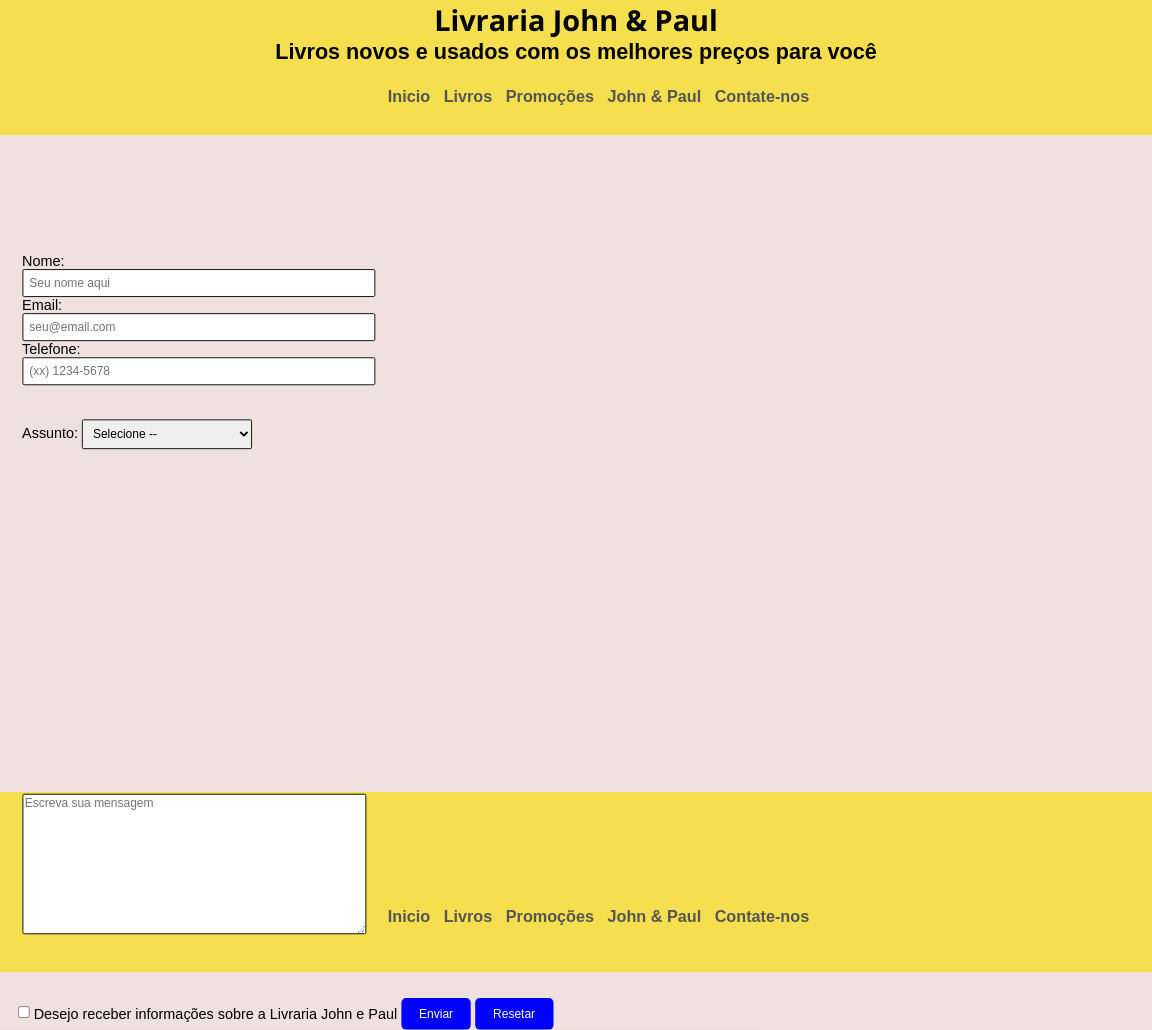
Repository: MarcoantonioCaldeira/Site-livraria-John-e-Paul
Page: contato.html
The author's editor kept a copy of each file at every save. The page is drawn from the files as they stood at one save, then again after the next save.
The browser window is 1280 px wide. The pictures show the whole page, at 90% of full size.

Above is the page before, as saved 2022-09-25 21:28:25.

### contato.html
<!doctype html>
<html dir="ltr" lang="pt-BR">
<head>
   <meta charset="utf-8">
   <meta name="viewport" content="width=device-width, initial-scale=1.0">

   <title>Meu Primeiro Projeto</title>
   <link rel="stylesheet" href="css/estilo.css">
</head>
<body>
<header id="topo">
   <h1 class="textoVermelho center"> Livraria John & Paul</h1>
   <h2 class="center">Livros novos e usados com os melhores preços para você</h2>

<nav id="menu">
   <ul>
      <li><a href="index.html">Inicio</a></li>
      <li><a href="produtos.html">Livros</a></li>
      <li><a href="#">Promoções</a></li>
      <li><a href="sobre.html">John & Paul</a></li>
      <li><a href="contato.html">Contate-nos</a></li>
   </ul>
</nav>
</header>
<section class="section-contato">
   <form class="formulario">
      <fieldset>

         <div style="margin-top:10%" class="formulario">
            <label for="nome">Nome:</label>
            <input type="text" name="nome" id="nome" placeholder="Seu nome aqui">
            <label for="email">Email:</label>
            <input type="email" name="email" id="email" placeholder="seu@email.com">
            <label for="tel">Telefone:</label>
            <input type="tel" name="tel" id="tel" placeholder="(xx) 1234-5678" >
            <label for="assunto">Assunto:</label>
            <select name="assunto" id="assunto">
               <option selected="selected">Selecione --</option>
               <option>Trocas</option>
               <option>Atendimento</option>
               <option>Comercial</option>
               <option>Outros</option>
            </select>
         </div>
         <div>
            <textarea name="msg" id="msg" cols="20" rows="10" placeholder="Escreva sua mensagem"></textarea>
         </div>
      </fieldset>
      <input type="checkbox" name="news" id="news">
      <label for="news" >Desejo receber informações sobre a Livraria John e Paul</label>

      <button type="submit">Enviar</button>
      <button type="reset">Resetar</button>
   </form>
</section>
<footer id="rodape">
   <ul class="ul_rodape">
      <li><a href="index.html">Inicio</a></li>
      <li><a href="produtos.html">Livros</a></li>
      <li><a href="#">Promoções</a></li>
      <li><a href="sobre.html">John & Paul</a></li>
      <li><a href="contato.html">Contate-nos</a></li>
   </ul>
</footer>
</body>
</html>

### css/estilo.css
/* Import font from google */
@import url(http://fonts.googleapis.com/css?family=Open+Sans:400,300,700);

*{
   margin: 0;
}


body{
   background-color:  rgb(240, 224, 224);
   font-family: sans-serif;
   margin: 0;
   padding: 0;
}
h1,h3,h4,h5,h6{
   font-family: 'Open Sans', sans-serif;
}

.h2_destaque{
   margin-left: 45%;
   margin-top: 5%;
   color:#555;
   font-family: 'Open Sans', sans-serif;
}

#topo{
   background-color: #f5df4e;
   width: 100%;
   height:150px;
   margin:0 auto;
}

.destaques{
   background-color: rgb(240, 224, 224);
   width: 100%;
   height:1300px;
}


#menu{
   width:50%;
   text-align: center;
   margin-top: 2%;
   margin-left: 25%;
   height:50px;
}

a{
   font-weight:600;
   text-decoration: none;
   margin-left: 10px;
   font-family: arial;
   color:#555;
}

#menu li{
   display:inline;
}
.destaques li{
   width: 50%;
   float: left;
   text-align: center;
   list-style: none;
   padding: 20px 0;
}

ul{
   font-size: 18px;
}


.ul_rodape{
   margin-top: 10%;
}

.destaques li strong{
   width: 100%;
   display: block;
}
.center{
   text-align: center;
}



button{
   padding: 10px 20px;
   background-color: blue;
   color: #fff;
   border: none;
   -webkit-border-radius: 5px;
   -moz-border-radius: 5px;
   border-radius: 5px;
}
#rodape{
   width: 100%;
   height: 200px;
   background-color:  #f5df4e;
   color: #ccc;
   float: left;
   text-align: center;
}

p{
   color: #555;
   line-height: 34px;
   margin-left: 4%;
}

li {
   display: inline;
}

/*Produtos*/

.produtos{

   height:600px;
}

table{
   position: relative;
   margin-left: 27%;
   top: 20%;
   background-color:rgb(240, 224, 224);
   border-radius: 5px;
   border: 1px solid #555;
}

tr, td{
   border: 1px solid #555;
}


/*Sobre*/


.sobre{
   width: 100%;
   height:1400px;
}

h4
{
   text-align: center;
}

.h1-sobre{
   margin-top: 6%;
   margin-left: 40%;
}

.section-info{
   position: relative;
   margin-left: 24%;
   margin-top: 4%;
   width: 50%;
   height:200px;
}


.h3-valores{
   margin-top: 6%;
   margin-left: 43%;
}

.section-valores{
   position: relative;
   margin-left: 24%;
   margin-top: 4%;
   width: 50%;
   height:200px;
}

.h3-valores-2{
   margin-top: 4%;
   margin-left: 47%;
}

.h3-missao{
   margin-top: 4%;
   margin-left: 47%;
}

.section-missao{
   position: relative;
   margin-left: 24%;
   margin-top: 4%;
   width: 50%;
   height:200px;
}


/*Contato*/

.section-contato{
   background-color:rgb(240, 224, 224);
   width: 100%;
   height: 730px;
}

.formulario{
   height:500px;
}


form fieldset{
   border: none;
}
form legend{
   text-transform: uppercase;
   font-size: 1.2em;
   padding: 0;
   width: 100%;
   border-bottom: 1px solid #555;
}
form label{
   width: 50%;
}

form input:not([type=checkbox]){
   width: 100%;
   padding: 7px;
   border-radius: 2px;
   border: 1px solid;
}

form select{
   width: 50%;
   border-radius: 2px;
   margin-top: 10%;
   padding: 7px;
   border: 1px solid;
}

form textarea{
   width: 100%;
   font-family: arial;
   border-radius: 2px;
   border: 1px solid;
}
form div{
   width: 30%;
   margin: 0 1%;
   margin-top: 8%;
   height: 150px;
}

#news{
   margin-top:6%;
   margin-left: 20px;
}




@media  screen and (max-width: 750px){

   .destaques{
      height:1150px;
   }

   h2.center, h1.center{
      font-size: 19px;
   }

   #menu{
      width:80%;
      text-align: center;
      margin-top: 5%;
      margin-left: 7%;
      height:50px;
   }


/*Menu responsivo*/

.menu a:not(:first-child) {display: none;}
  .menu a .icon {
    float: right;
    display: block;
  }

.menu .responsive {position: relative;}
.menu .responsive .icon {
  position: absolute;
  right: 0;
  top: 0;
}
.menu .responsive a {
  float: none;
  display: block;
  text-align: left;
}

   a{
      font-size: 80%;
   }

   img{
      width:130px;
      height:200px;
   }

   h2.h2_destaque{
      margin-left: 40%;
   }

   .ul_rodape{
      margin-top: 25%;
      color: red;
   }

   p{
      color: black;
      margin-top: 1%;
      margin-left: 10%;
   }


   /*Pagina Sobre*/

   h4{
      font-size: 80%;
   }

   .h1-sobre{
      margin-left: 27%;
   }

   .h3-valores{
      margin-left: 36%;
   }

   .h3-valores-2{
      margin-left: 45%;
   }

   .h3-missao{
      margin-left: 45%;
   }

   .section-info{
      height:330px;
      margin-left: 26%;
   }

   .section-valores{
      height:220px;
      margin-left: 26%;
   }

   .section-missao{
      height:330px;
      margin-left: 29%;
   }

   /*Contato*/

   .formulario{
      background-color:red;
   }


}

After the next save:
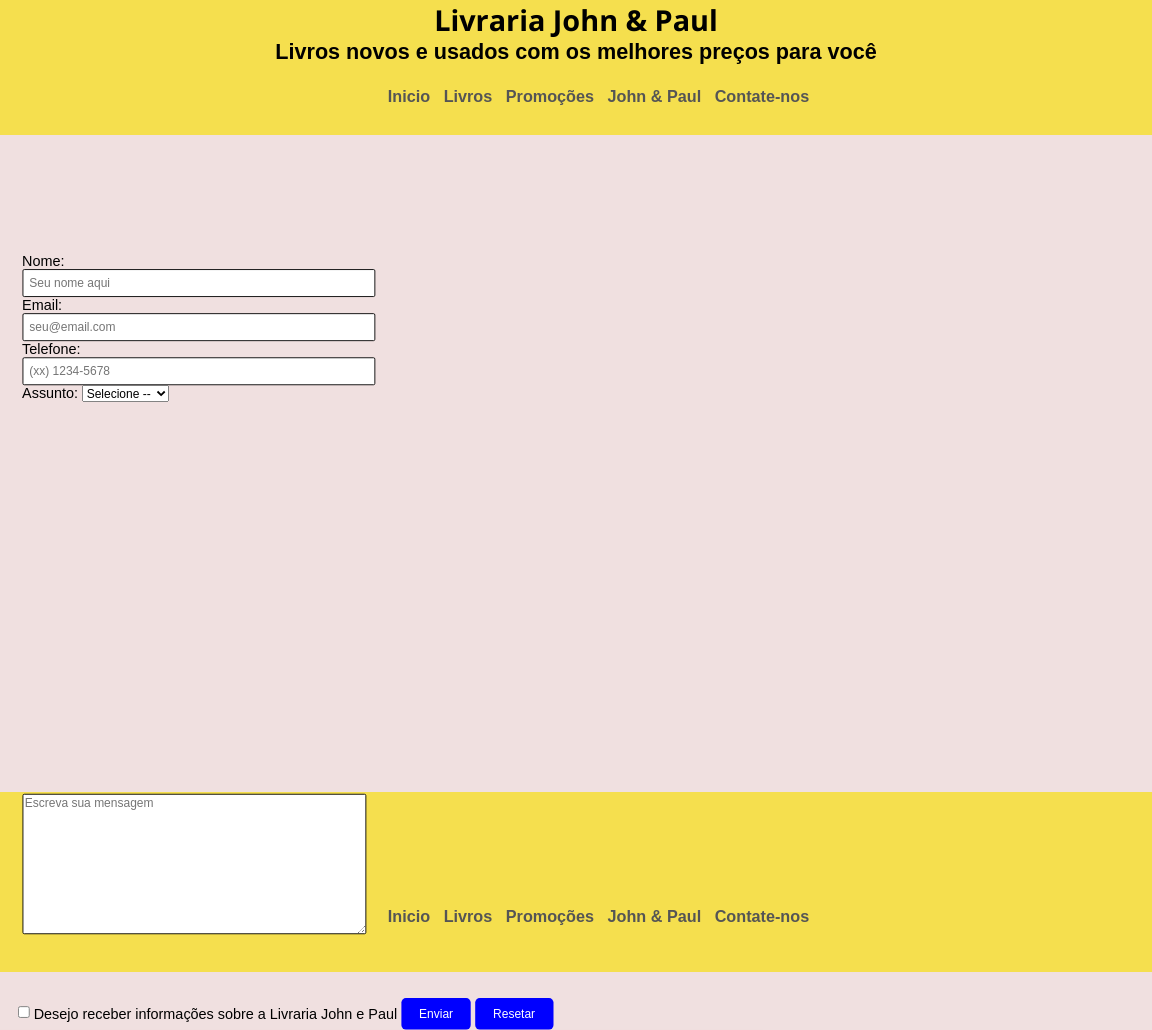
Saved 36 s later.
--- a/css/estilo.css
+++ b/css/estilo.css
@@ -225,13 +225,7 @@ form input:not([type=checkbox]){
    border: 1px solid;
 }
 
-form select{
-   width: 50%;
-   border-radius: 2px;
-   margin-top: 10%;
-   padding: 7px;
-   border: 1px solid;
-}
+
 
 form textarea{
    width: 100%;
